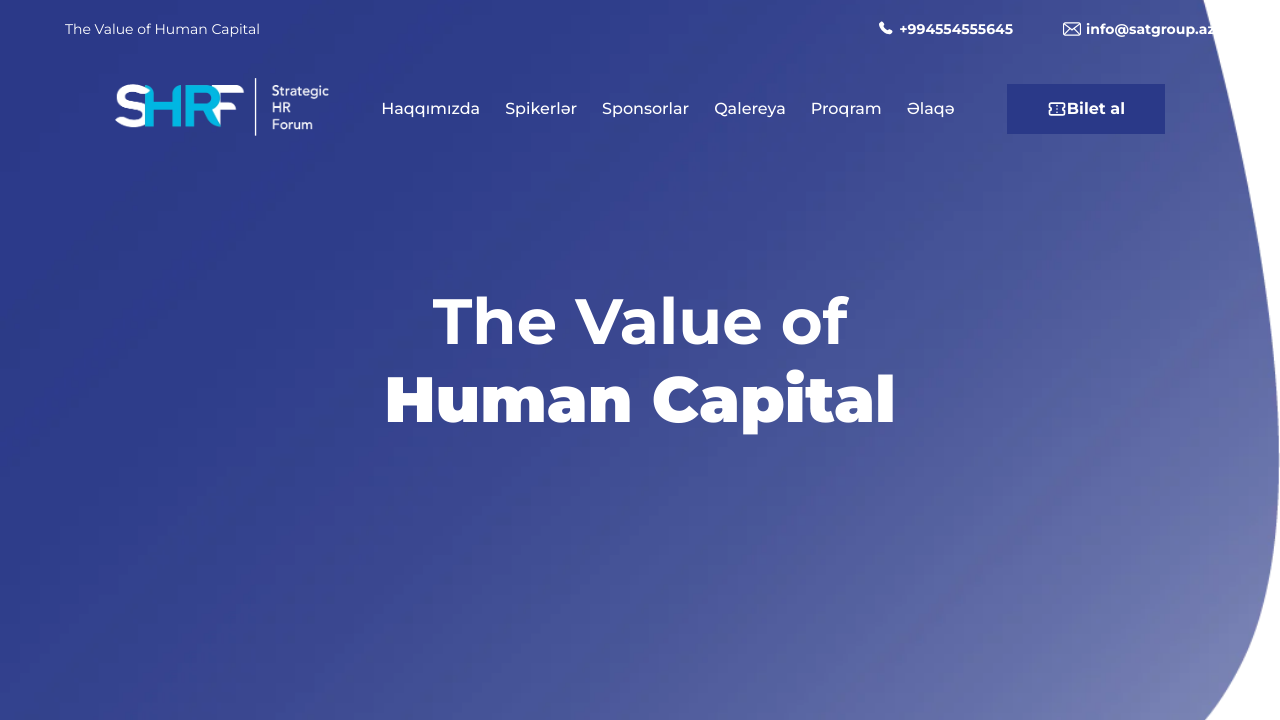
Repository: allahverdiyevabdulhasan/shrf
Page: /
An editor plug-in stored every save of this project. The page is shown before and after the next save, followed by the edit.
The browser window is 1280 px wide. The pictures show the whole page.
The project was rebuilt for these pictures with package versions that can differ from the ones it lists, and the page was loaded fresh each time. Also part of the build but not shown: vite.config.js, src/App.css.

Above is the page before, as saved 2024-08-16 10:15:58.

### src/App.jsx
import './App.css'
import Header from './components/Header'
import Intro from './components/Intro'

function App() {

  return (
    <div id='page'>
      <Header />
      <Intro />
    </div>
  )
}

export default App

### src/index.css
@import url('https://fonts.googleapis.com/css2?family=Montserrat:ital,wght@0,100..900;1,100..900&display=swap');

* {
  margin: 0;
  box-sizing: border-box;
  padding: 0;
  font-family: Montserrat;
  transition: all .4s ease-in-out;
}

:root {
  --globalPrimary: #2a3988;
}

ul {
  padding: 0;
  list-style: none;
}

a {
  color: #fff;
  text-decoration: none;
}

button {
  cursor: pointer;
}

.container {
  max-width: 1170px;
  margin: 0 auto;
  padding: 0 10px;
}
#page{
  position: relative;
}

.buy__button {
  display: flex;
  align-items: center;
  border: 0;
  background: var(--globalPrimary);
  font-size: 16px;
  font-weight: 700;
  color: #fff;
  padding: 15px 40px;

  &:hover {
    box-shadow: 0 3px 10px 3px #fff;
    transform: translateY(-3px);
  }
}

### src/components/Header/index.jsx

import s from './style.module.css'

export default function Header() {


    return (
        <header className='container'>
            <div className={s.top}>
                <div className={s.top__left}>
                    The Value of Human Capital
                </div>
                <div className={s.top__right}>
                    <ul>
                        <li>
                            <a href="tel:+994554555645">
                            <svg width={18} viewBox="0 0 24 24" fill="none" xmlns="http://www.w3.org/2000/svg"><g id="SVGRepo_bgCarrier" stroke-width="0"></g><g id="SVGRepo_tracerCarrier" stroke-linecap="round" stroke-linejoin="round"></g><g id="SVGRepo_iconCarrier"> <path d="M16.5562 12.9062L16.1007 13.359C16.1007 13.359 15.0181 14.4355 12.0631 11.4972C9.10812 8.55901 10.1907 7.48257 10.1907 7.48257L10.4775 7.19738C11.1841 6.49484 11.2507 5.36691 10.6342 4.54348L9.37326 2.85908C8.61028 1.83992 7.13596 1.70529 6.26145 2.57483L4.69185 4.13552C4.25823 4.56668 3.96765 5.12559 4.00289 5.74561C4.09304 7.33182 4.81071 10.7447 8.81536 14.7266C13.0621 18.9492 17.0468 19.117 18.6763 18.9651C19.1917 18.9171 19.6399 18.6546 20.0011 18.2954L21.4217 16.883C22.3806 15.9295 22.1102 14.2949 20.8833 13.628L18.9728 12.5894C18.1672 12.1515 17.1858 12.2801 16.5562 12.9062Z" fill="#ffffff"></path> </g></svg>
                            +994554555645</a>
                        </li>
                        <li>
                            <a href="mailto:info@satgroup.az">
                            <svg width={18} viewBox="0 -4 32 32" version="1.1" xmlns="http://www.w3.org/2000/svg" xmlns:xlink="http://www.w3.org/1999/xlink" xmlns:sketch="http://www.bohemiancoding.com/sketch/ns" fill="#000000"><g id="SVGRepo_bgCarrier" stroke-width="0"></g><g id="SVGRepo_tracerCarrier" stroke-linecap="round" stroke-linejoin="round"></g><g id="SVGRepo_iconCarrier"> <title>mail</title> <desc>Created with Sketch Beta.</desc> <defs> </defs> <g id="Page-1" stroke="none" stroke-width="1" fill="none" fill-rule="evenodd" sketch:type="MSPage"> <g id="Icon-Set" sketch:type="MSLayerGroup" transform="translate(-412.000000, -259.000000)" fill="#ffffff"> <path d="M442,279 C442,279.203 441.961,279.395 441.905,279.578 L433,270 L442,263 L442,279 L442,279 Z M415.556,280.946 L424.58,271.33 L428,273.915 L431.272,271.314 L440.444,280.946 C440.301,280.979 415.699,280.979 415.556,280.946 L415.556,280.946 Z M414,279 L414,263 L423,270 L414.095,279.578 C414.039,279.395 414,279.203 414,279 L414,279 Z M441,261 L428,271 L415,261 L441,261 L441,261 Z M440,259 L416,259 C413.791,259 412,260.791 412,263 L412,279 C412,281.209 413.791,283 416,283 L440,283 C442.209,283 444,281.209 444,279 L444,263 C444,260.791 442.209,259 440,259 L440,259 Z" id="mail" sketch:type="MSShapeGroup"> </path> </g> </g> </g></svg>
                                info@satgroup.az</a>
                            </li>
                    </ul>
                </div>
            </div>
            <div className={s.header__items}>
                <div className={s.logo}>
                    <a href="/"><img src="./public/assets/img/logo.webp" alt="Logo" /></a>
                </div>
                <nav>
                    <ul>
                        <li><a href="">Haqqımızda</a></li>
                        <li><a href="">Spikerlər</a></li>
                        <li><a href="">Sponsorlar</a></li>
                        <li><a href="">Qalereya</a></li>
                        <li><a href="">Proqram</a></li>
                        <li><a href="">Əlaqə</a></li>
                    </ul>
                </nav>
                <button className='buy__button'>
                <svg width={20} viewBox="0 0 24 24" fill="none" xmlns="http://www.w3.org/2000/svg"><g id="SVGRepo_bgCarrier" stroke-width="0"></g><g id="SVGRepo_tracerCarrier" stroke-linecap="round" stroke-linejoin="round"></g><g id="SVGRepo_iconCarrier"> <path d="M12 16H12.01M12 12H12.01M12 8H12.01M21 14V17C21 18.1046 20.1046 19 19 19H5C3.89543 19 3 18.1046 3 17V14C4.10457 14 5 13.1046 5 12C5 10.8954 4.10457 10 3 10V7C3 5.89543 3.89543 5 5 5H19C20.1046 5 21 5.89543 21 7V10C19.8954 10 19 10.8954 19 12C19 13.1046 19.8954 14 21 14Z" stroke="#ffffff" stroke-width="2" stroke-linecap="round" stroke-linejoin="round"></path> </g></svg>
                    Bilet al
                </button>
            </div>

        </header>
    )
}

### src/components/Intro/index.jsx
import s from './style.module.css'

export default function Intro() {


    return (
        <div className={s.intro}>
            <div className={s.intro__content}>
                <h1>
                    The Value of
                    <br />
                    <span>Human Capital</span>
                </h1>
            </div>
        </div>
    )
}

### src/components/Header/style.module.css
header {
    position: absolute;
    top: 0;
    left: 50%;
    width: 100%;
    transform: translateX(-50%);
}

.top {
    display: flex;
    justify-content: space-between;
    align-items: center;
    padding: 20px 0;
    color: #fff;
    font-size: 14px;
}

.top__right {
    & a,
    & ul {
        display: flex;
        align-items: center;
        font-weight: 700;
    }

    & li {
        margin: 0 0 0 50px;
    }

    & svg {
        margin: 0 5px 0 0;
    }

    & a:hover {
        text-shadow: 0 0 10px #fff;

    }
}


.header__items {
    display: flex;
    padding: 20px 50px;
    align-items: center;
    justify-content: space-between;

    & .logo{
        max-width: 214px;
        & img{
            width: 100%;
        }
    }

    & ul {
        display: flex;
        & li{
            margin: 0 25px 0 0;
            position: relative;
            &::after{
                content: '';
                position: absolute;
                bottom: 0;
                left: 0;
                width: 0;
                height: 3px;
                border-radius: 3px;
                background-color: #00FFF0;
                transition: all .4s ease-in-out;
            }
            &:hover{
                & a{
                    color: #00FFF0;
                }
                &::after{
                    width: 100%;
                }
            }
            & a{
                display: inline-block;
                padding: 10px 0;
                font-weight: 500;
            }
            &:last-child{
                margin: 0;
            }
        }
    }
}

### src/components/Intro/style.module.css
.intro{
    min-height: 100vh;
    background: url('./../../../public/assets/img/introBg.webp') center/cover;
    display: flex;
    align-items: center;
    justify-content: center;

    & h1{
        font-size: clamp(45px, 5vw, 100px);
        color: #fff;
        text-align: center;
        & span{
            font-weight: 900;
        }
    }
}

Loaded but not shown: index.html (common file); src/main.jsx (common file)

After the next save:
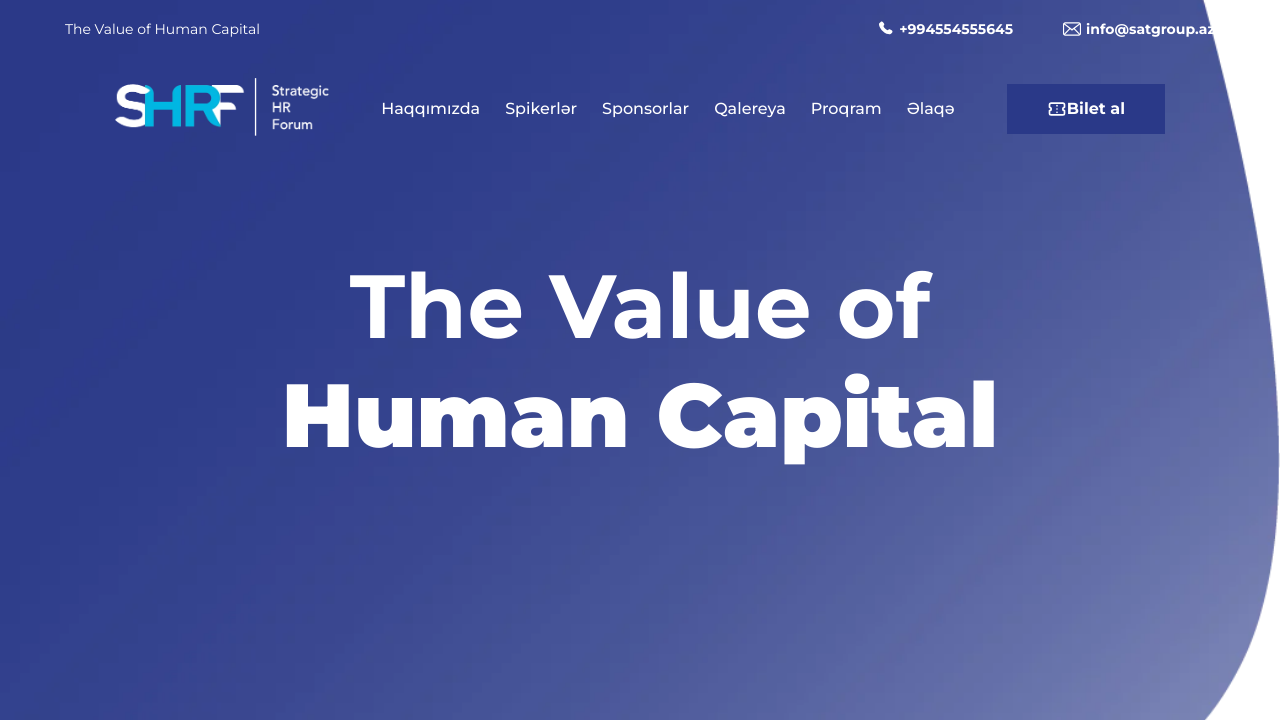
Saved 11 s later.
--- a/src/components/Intro/style.module.css
+++ b/src/components/Intro/style.module.css
@@ -6,7 +6,7 @@
     justify-content: center;
 
     & h1{
-        font-size: clamp(45px, 5vw, 100px);
+        font-size: clamp(45px, 7vw, 100px);
         color: #fff;
         text-align: center;
         & span{
